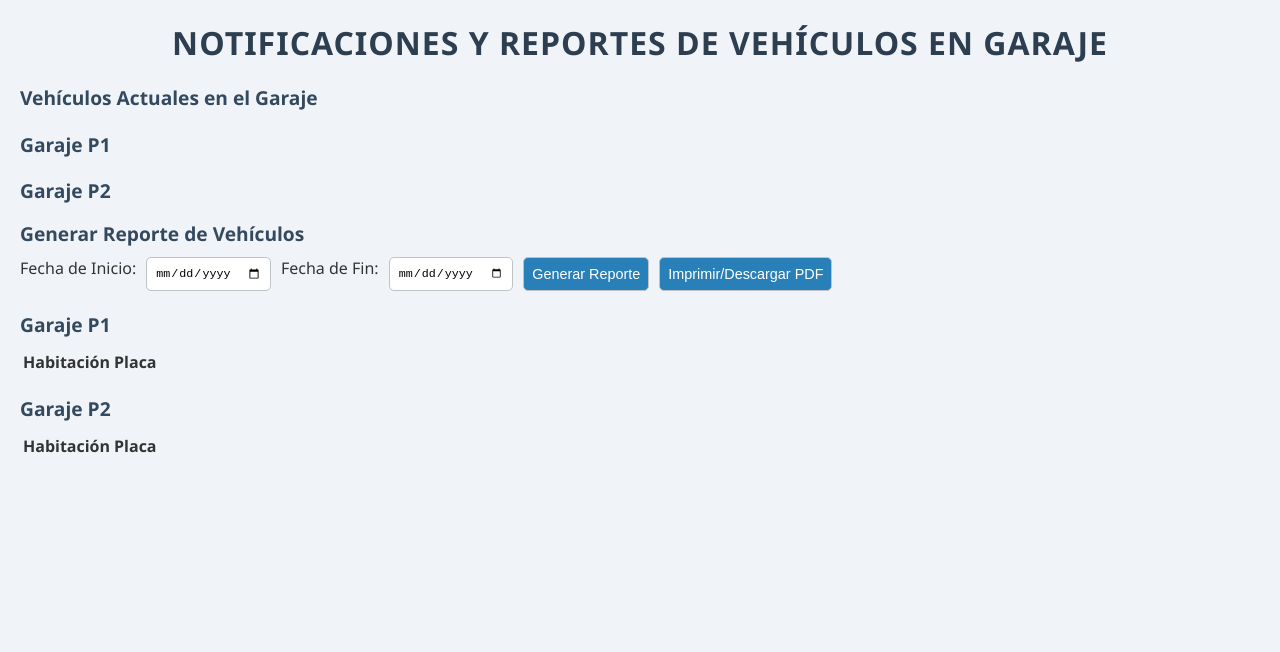
Repository: EddyWebz/REPOSITORIO-BASE-DATOS
Page: privado/report.html
An editor plug-in stored every save of this project. The page is shown before and after the next save, followed by the edit.
The browser window is 1280 px wide. The pictures show the whole page.
The page's requests for data from a server got no answer.

Above is the page before, as saved 2024-08-15 11:31:28.

### privado/report.html
<!DOCTYPE html>
<html lang="es">
<head>
    <meta charset="UTF-8">
    <meta name="viewport" content="width=device-width, initial-scale=1.0">
    <title>Notificaciones y Reportes de Vehículos</title>
    <!-- Vinculación al archivo CSS de notificaciones -->
    <link rel="stylesheet" href="/notif.css">
</head>
<body>
    <!-- Encabezado de la página -->
    <header>
        <h1>Notificaciones y Reportes de Vehículos en Garaje</h1>
    </header>

    <!-- Sección de Notificaciones Activas -->
    <section id="notificaciones">
        <h2>Vehículos Actuales en el Garaje</h2>
        <h3>Garaje P1</h3>
        <div id="notificaciones-contenedor-P1">
            <!-- Las notificaciones dinámicas de P1 se insertarán aquí -->
        </div>
        <h3>Garaje P2</h3>
        <div id="notificaciones-contenedor-P2">
            <!-- Las notificaciones dinámicas de P2 se insertarán aquí -->
        </div>
    </section>

    <!-- Sección de Reportes -->
    <section id="reportes">
        <h2>Generar Reporte de Vehículos</h2>
        <form id="form-reporte">
            <label for="fecha-inicio">Fecha de Inicio:</label>
            <input type="date" id="fecha-inicio" name="fecha-inicio" required>

            <label for="fecha-fin">Fecha de Fin:</label>
            <input type="date" id="fecha-fin" name="fecha-fin" required>

            <button type="submit">Generar Reporte</button>
            <!-- Botón de Imprimir -->
    <button type="button" id="btn-imprimir">Imprimir/Descargar PDF</button>
        </form>

        <h3>Garaje P1</h3>
        <table id="tabla-reporte-P1">
            <thead>
                <tr>
                    <th>Habitación</th>
                    <th>Placa</th>
                </tr>
            </thead>
            <tbody>
                <!-- Las filas de datos se insertarán dinámicamente aquí -->
            </tbody>
        </table>

        <h3>Garaje P2</h3>
        <table id="tabla-reporte-P2">
            <thead>
                <tr>
                    <th>Habitación</th>
                    <th>Placa</th>
                </tr>
            </thead>
            <tbody>
                <!-- Las filas de datos se insertarán dinámicamente aquí -->
            </tbody>
        </table>
    </section>

    <!-- Vinculación al archivo JavaScript de notificaciones y reportes -->
    <script src="/report.js"></script>
</body>
</html>

### BASE-2/notif.css
/* Estilos Generales */
body {
    font-family: 'Segoe UI', Tahoma, Geneva, Verdana, sans-serif;
    background-color: #f0f4f8;
    color: #333;
    margin: 20px;
    padding: 0;
    box-sizing: border-box;
}

/* Encabezado */
header h1 {
    text-align: center;
    color: #2c3e50;
    font-size: 2em;
    margin-bottom: 20px;
    text-transform: uppercase;
    letter-spacing: 1px;
    animation: fadeIn 1s ease-in-out;
}

/* Sección de Notificaciones */
#notificaciones h2, #notificaciones h3 {
    color: #34495e;
    margin-bottom: 10px;
    font-size: 1.2em;
    animation: fadeIn 1s ease-in-out;
}

.garaje {
    display: flex;
    flex-direction: column;
    margin-bottom: 20px;
}

.notificaciones-contenedor {
    display: flex;
    flex-wrap: wrap;
    gap: 10px;
    animation: slideInUp 0.5s ease-in-out;
}

.notificacion {
    background-color: #ffffff;
    border-left: 3px solid #2980b9;
    padding: 10px;
    box-shadow: 0 2px 4px rgba(0, 0, 0, 0.1);
    border-radius: 6px;
    width: calc(50% - 10px);  /* Ocupa la mitad del ancho disponible */
    transition: transform 0.3s ease, box-shadow 0.3s ease;
    cursor: pointer;
}

.notificacion:hover {
    transform: translateY(-3px);
    box-shadow: 0 4px 6px rgba(0, 0, 0, 0.15);
}

/* Sección de Reportes */
#reportes h2, #reportes h3 {
    color: #34495e;
    margin-bottom: 10px;
    font-size: 1.2em;
    animation: fadeIn 1s ease-in-out;
}

#form-reporte {
    display: flex;
    flex-wrap: wrap;
    gap: 10px;
    margin-bottom: 20px;
}

.form-group {
    display: flex;
    flex-direction: column;
    flex: 1;
    min-width: 150px;
}

#form-reporte input, #form-reporte button {
    padding: 8px;
    border-radius: 5px;
    border: 1px solid #bdc3c7;
    font-size: 0.9em;
}

#form-reporte button {
    background-color: #2980b9;
    color: #ffffff;
    cursor: pointer;
    transition: background-color 0.3s ease, transform 0.3s ease;
}

#form-reporte button:hover {
    background-color: #3498db;
    transform: translateY(-2px);
}

/* Tablas de Reportes */
.compact-table {
    width: 100%;
    border-collapse: collapse;
    margin-bottom: 20px;
}

.compact-table th, .compact-table td {
    border: 1px solid #bdc3c7;
    padding: 8px;
    text-align: center;
    font-size: 0.9em;
    background-color: #ecf0f1;
    color: #2c3e50;
    transition: background-color 0.3s ease;
}

.compact-table th {
    background-color: #2980b9;
    color: white;
}

.compact-table tr:nth-child(even) {
    background-color: #f7f9f9;
}

.compact-table tr:hover {
    background-color: #e1ecf4;
}

/* Animaciones */
@keyframes fadeIn {
    0% { opacity: 0; }
    100% { opacity: 1; }
}

@keyframes slideInUp {
    0% {
        transform: translateY(30px);
        opacity: 0;
    }
    100% {
        transform: translateY(0);
        opacity: 1;
    }
}

/* Estilos específicos para impresión */
@media print {
    body {
        background-color: white; /* Asegura un fondo blanco para la impresión */
        color: black; /* Asegura que el texto sea negro */
    }

    #reportes h2, #reportes h3 {
        color: black; /* Asegura que los títulos sean visibles */
    }

    #reportes table {
        width: 100%;
        border-collapse: collapse;
    }

    #reportes th, #reportes td {
        border: 1px solid #000; /* Asegura que las líneas de la tabla sean visibles */
        padding: 8px;
        text-align: center;
        background-color: white; /* Fondo blanco para asegurar visibilidad */
        color: black; /* Texto negro para asegurar visibilidad */
    }

    #reportes th {
        background-color: #ddd; /* Fondo gris para los encabezados de tabla */
        color: black; /* Asegura que el texto sea visible */
    }

    #reportes td {
        color: black; /* Asegura que el texto sea visible */
    }

    /* Ocultar elementos no necesarios en la impresión */
    button, #form-reporte {
        display: none;
    }

    /* Ocultar la sección de notificaciones en la impresión */
    #notificaciones {
        display: none;
    }

    /* Asegurar que las tablas no se dividan entre páginas */
    #reportes {
        page-break-inside: avoid;
    }
}

### BASE-2/report.js
document.addEventListener('DOMContentLoaded', () => {
    actualizarNotificaciones();
    generarReporteAutomatico(); // Generar el reporte automáticamente al cargar la página
    configurarFormularioReporte(); // Mantener la funcionalidad manual del reporte

    // Configurar auto-actualización cada 5 minutos para notificaciones y reporte
    setInterval(actualizarNotificaciones, 5 * 60 * 1000);
    setInterval(generarReporteAutomatico, 5 * 60 * 1000);


// Función para obtener y actualizar las notificaciones activas
function actualizarNotificaciones() {
    fetch('/api/notas/notificaciones')
        .then(response => response.json())
        .then(data => {
            console.log('Notificaciones recibidas:', data); // Para depuración

            const contenedorP1 = document.getElementById('notificaciones-contenedor-P1');
            const contenedorP2 = document.getElementById('notificaciones-contenedor-P2');
            contenedorP1.innerHTML = ''; // Limpiar contenido previo
            contenedorP2.innerHTML = ''; // Limpiar contenido previo

            data.P1.forEach(notificacion => {
                const div = document.createElement('div');
                div.classList.add('notificacion');
                div.innerHTML = `<p><strong>Habitación:</strong> ${notificacion.habitacion} <strong>Placa:</strong> ${notificacion.plate}</p>`;
                contenedorP1.appendChild(div);
            });

            data.P2.forEach(notificacion => {
                const div = document.createElement('div');
                div.classList.add('notificacion');
                div.innerHTML = `<p><strong>Habitación:</strong> ${notificacion.habitacion} <strong>Placa:</strong> ${notificacion.plate}</p>`;
                contenedorP2.appendChild(div);
            });
        })
        .catch(error => console.error('Error al obtener notificaciones:', error));
}

// Función para generar y actualizar el reporte automático de vehículos en garaje
function generarReporteAutomatico() {
    fetch('/api/notas/reportes')
        .then(response => response.json())
        .then(data => {
            console.log('Datos del reporte recibidos:', data); // Para depuración

            const tbodyP1 = document.getElementById('tabla-reporte-P1').querySelector('tbody');
            const tbodyP2 = document.getElementById('tabla-reporte-P2').querySelector('tbody');
            tbodyP1.innerHTML = ''; // Limpiar contenido previo
            tbodyP2.innerHTML = ''; // Limpiar contenido previo

            data.P1.forEach(registro => {
                const tr = document.createElement('tr');
                tr.innerHTML = `<td>${registro.habitacion}</td><td>${registro.plate}</td>`;
                tbodyP1.appendChild(tr);
            });

            data.P2.forEach(registro => {
                const tr = document.createElement('tr');
                tr.innerHTML = `<td>${registro.habitacion}</td><td>${registro.plate}</td>`;
                tbodyP2.appendChild(tr);
            });
        })
        .catch(error => console.error('Error al generar el reporte:', error));
}

// Función para configurar el formulario de generación de reportes manuales
function configurarFormularioReporte() {
    const form = document.getElementById('form-reporte');
    form.addEventListener('submit', (e) => {
        e.preventDefault();

        const fechaInicio = document.getElementById('fecha-inicio').value;
        const fechaFin = document.getElementById('fecha-fin').value;

        fetch(`/api/notas/reportes?fechaInicio=${fechaInicio}&fechaFin=${fechaFin}`)
            .then(response => response.json())
            .then(data => {
                console.log('Datos del reporte recibidos:', data); // Para depuración

                const tbodyP1 = document.getElementById('tabla-reporte-P1').querySelector('tbody');
                const tbodyP2 = document.getElementById('tabla-reporte-P2').querySelector('tbody');
                tbodyP1.innerHTML = ''; // Limpiar contenido previo
                tbodyP2.innerHTML = ''; // Limpiar contenido previo

                data.P1.forEach(registro => {
                    const tr = document.createElement('tr');
                    tr.innerHTML = `<td>${registro.habitacion}</td><td>${registro.plate}</td>`;
                    tbodyP1.appendChild(tr);
                });

                data.P2.forEach(registro => {
                    const tr = document.createElement('tr');
                    tr.innerHTML = `<td>${registro.habitacion}</td><td>${registro.plate}</td>`;
                    tbodyP2.appendChild(tr);
                });
            })
            .catch(error => console.error('Error al generar el reporte:', error));
    });
}


    // Configurar botón de impresión/descarga
    document.getElementById('btn-imprimir').addEventListener('click', imprimirReporte);
});

// Función para imprimir o descargar el reporte como PDF
function imprimirReporte() {
    // Verificar si la página ya ha sido recargada
    if (!window.location.hash) {
        window.location = window.location + '#imprimir';
        window.location.reload();
    } else {
        // Si ya ha sido recargada, procede a imprimir
        window.print();
    }
}

After the next save:
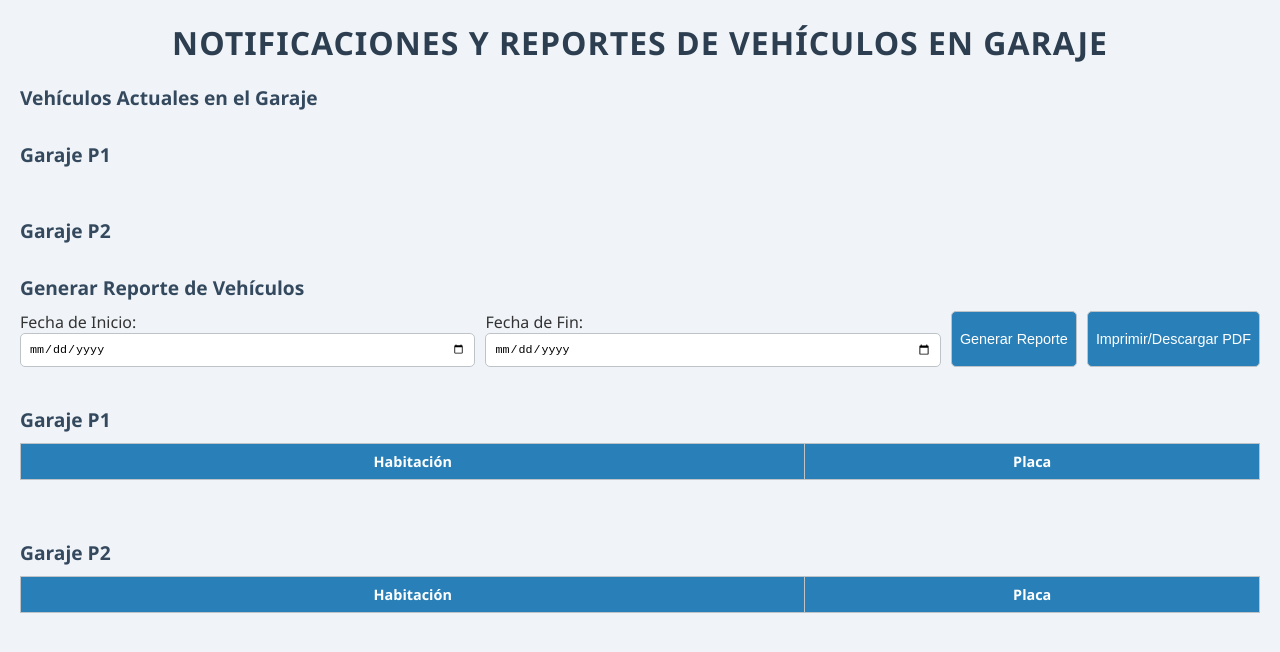
Saved 14 s later.
--- a/privado/report.html
+++ b/privado/report.html
@@ -16,13 +16,17 @@
     <!-- Sección de Notificaciones Activas -->
     <section id="notificaciones">
         <h2>Vehículos Actuales en el Garaje</h2>
-        <h3>Garaje P1</h3>
-        <div id="notificaciones-contenedor-P1">
-            <!-- Las notificaciones dinámicas de P1 se insertarán aquí -->
+        <div class="garaje">
+            <h3>Garaje P1</h3>
+            <div id="notificaciones-contenedor-P1" class="notificaciones-contenedor">
+                <!-- Las notificaciones dinámicas de P1 se insertarán aquí -->
+            </div>
         </div>
-        <h3>Garaje P2</h3>
-        <div id="notificaciones-contenedor-P2">
-            <!-- Las notificaciones dinámicas de P2 se insertarán aquí -->
+        <div class="garaje">
+            <h3>Garaje P2</h3>
+            <div id="notificaciones-contenedor-P2" class="notificaciones-contenedor">
+                <!-- Las notificaciones dinámicas de P2 se insertarán aquí -->
+            </div>
         </div>
     </section>
 
@@ -30,42 +34,48 @@
     <section id="reportes">
         <h2>Generar Reporte de Vehículos</h2>
         <form id="form-reporte">
-            <label for="fecha-inicio">Fecha de Inicio:</label>
-            <input type="date" id="fecha-inicio" name="fecha-inicio" required>
-
-            <label for="fecha-fin">Fecha de Fin:</label>
-            <input type="date" id="fecha-fin" name="fecha-fin" required>
-
+            <div class="form-group">
+                <label for="fecha-inicio">Fecha de Inicio:</label>
+                <input type="date" id="fecha-inicio" name="fecha-inicio" required>
+            </div>
+            <div class="form-group">
+                <label for="fecha-fin">Fecha de Fin:</label>
+                <input type="date" id="fecha-fin" name="fecha-fin" required>
+            </div>
             <button type="submit">Generar Reporte</button>
             <!-- Botón de Imprimir -->
-    <button type="button" id="btn-imprimir">Imprimir/Descargar PDF</button>
+            <button type="button" id="btn-imprimir">Imprimir/Descargar PDF</button>
         </form>
 
-        <h3>Garaje P1</h3>
-        <table id="tabla-reporte-P1">
-            <thead>
-                <tr>
-                    <th>Habitación</th>
-                    <th>Placa</th>
-                </tr>
-            </thead>
-            <tbody>
-                <!-- Las filas de datos se insertarán dinámicamente aquí -->
-            </tbody>
-        </table>
+        <div class="garaje">
+            <h3>Garaje P1</h3>
+            <table id="tabla-reporte-P1" class="compact-table">
+                <thead>
+                    <tr>
+                        <th>Habitación</th>
+                        <th>Placa</th>
+                    </tr>
+                </thead>
+                <tbody>
+                    <!-- Las filas de datos se insertarán dinámicamente aquí -->
+                </tbody>
+            </table>
+        </div>
 
-        <h3>Garaje P2</h3>
-        <table id="tabla-reporte-P2">
-            <thead>
-                <tr>
-                    <th>Habitación</th>
-                    <th>Placa</th>
-                </tr>
-            </thead>
-            <tbody>
-                <!-- Las filas de datos se insertarán dinámicamente aquí -->
-            </tbody>
-        </table>
+        <div class="garaje">
+            <h3>Garaje P2</h3>
+            <table id="tabla-reporte-P2" class="compact-table">
+                <thead>
+                    <tr>
+                        <th>Habitación</th>
+                        <th>Placa</th>
+                    </tr>
+                </thead>
+                <tbody>
+                    <!-- Las filas de datos se insertarán dinámicamente aquí -->
+                </tbody>
+            </table>
+        </div>
     </section>
 
     <!-- Vinculación al archivo JavaScript de notificaciones y reportes -->

After the save that followed:
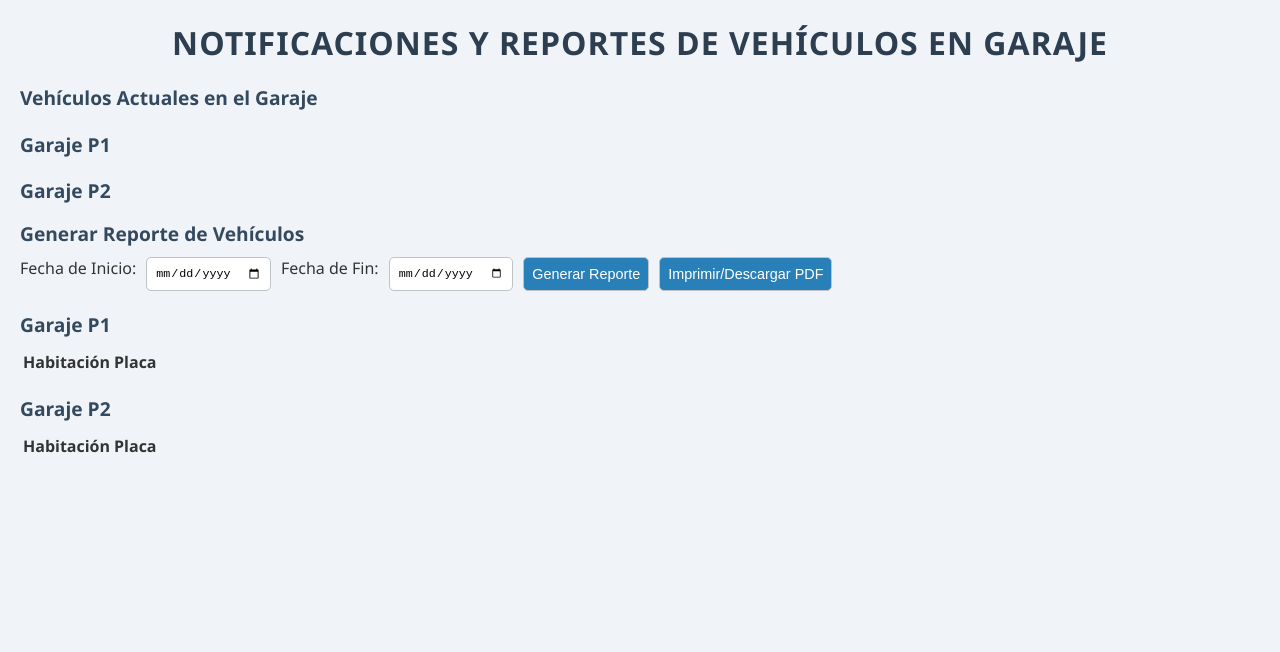
Saved 3 min 36 s later.
--- a/privado/report.html
+++ b/privado/report.html
@@ -16,17 +16,13 @@
     <!-- Sección de Notificaciones Activas -->
     <section id="notificaciones">
         <h2>Vehículos Actuales en el Garaje</h2>
-        <div class="garaje">
-            <h3>Garaje P1</h3>
-            <div id="notificaciones-contenedor-P1" class="notificaciones-contenedor">
-                <!-- Las notificaciones dinámicas de P1 se insertarán aquí -->
-            </div>
+        <h3>Garaje P1</h3>
+        <div id="notificaciones-contenedor-P1">
+            <!-- Las notificaciones dinámicas de P1 se insertarán aquí -->
         </div>
-        <div class="garaje">
-            <h3>Garaje P2</h3>
-            <div id="notificaciones-contenedor-P2" class="notificaciones-contenedor">
-                <!-- Las notificaciones dinámicas de P2 se insertarán aquí -->
-            </div>
+        <h3>Garaje P2</h3>
+        <div id="notificaciones-contenedor-P2">
+            <!-- Las notificaciones dinámicas de P2 se insertarán aquí -->
         </div>
     </section>
 
@@ -34,48 +30,42 @@
     <section id="reportes">
         <h2>Generar Reporte de Vehículos</h2>
         <form id="form-reporte">
-            <div class="form-group">
-                <label for="fecha-inicio">Fecha de Inicio:</label>
-                <input type="date" id="fecha-inicio" name="fecha-inicio" required>
-            </div>
-            <div class="form-group">
-                <label for="fecha-fin">Fecha de Fin:</label>
-                <input type="date" id="fecha-fin" name="fecha-fin" required>
-            </div>
+            <label for="fecha-inicio">Fecha de Inicio:</label>
+            <input type="date" id="fecha-inicio" name="fecha-inicio" required>
+
+            <label for="fecha-fin">Fecha de Fin:</label>
+            <input type="date" id="fecha-fin" name="fecha-fin" required>
+
             <button type="submit">Generar Reporte</button>
             <!-- Botón de Imprimir -->
-            <button type="button" id="btn-imprimir">Imprimir/Descargar PDF</button>
+    <button type="button" id="btn-imprimir">Imprimir/Descargar PDF</button>
         </form>
 
-        <div class="garaje">
-            <h3>Garaje P1</h3>
-            <table id="tabla-reporte-P1" class="compact-table">
-                <thead>
-                    <tr>
-                        <th>Habitación</th>
-                        <th>Placa</th>
-                    </tr>
-                </thead>
-                <tbody>
-                    <!-- Las filas de datos se insertarán dinámicamente aquí -->
-                </tbody>
-            </table>
-        </div>
+        <h3>Garaje P1</h3>
+        <table id="tabla-reporte-P1">
+            <thead>
+                <tr>
+                    <th>Habitación</th>
+                    <th>Placa</th>
+                </tr>
+            </thead>
+            <tbody>
+                <!-- Las filas de datos se insertarán dinámicamente aquí -->
+            </tbody>
+        </table>
 
-        <div class="garaje">
-            <h3>Garaje P2</h3>
-            <table id="tabla-reporte-P2" class="compact-table">
-                <thead>
-                    <tr>
-                        <th>Habitación</th>
-                        <th>Placa</th>
-                    </tr>
-                </thead>
-                <tbody>
-                    <!-- Las filas de datos se insertarán dinámicamente aquí -->
-                </tbody>
-            </table>
-        </div>
+        <h3>Garaje P2</h3>
+        <table id="tabla-reporte-P2">
+            <thead>
+                <tr>
+                    <th>Habitación</th>
+                    <th>Placa</th>
+                </tr>
+            </thead>
+            <tbody>
+                <!-- Las filas de datos se insertarán dinámicamente aquí -->
+            </tbody>
+        </table>
     </section>
 
     <!-- Vinculación al archivo JavaScript de notificaciones y reportes -->
